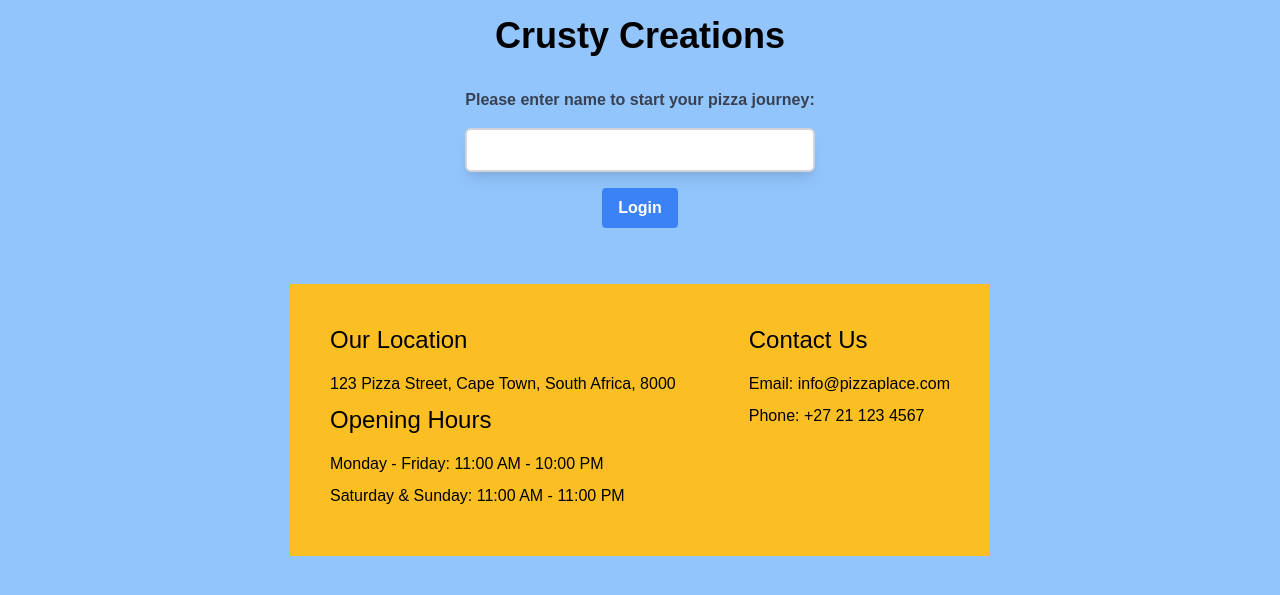
Repository: lasity34/pizza-cart-with-api
Page: index.html
The author's editor kept a copy of each file at every save. The page is drawn from the files as they stood at one save, then again after the next save.
The browser window is 1280 px wide. The pictures show the whole page.
The page's requests for data from a server got no answer. Some web fonts or font styles are not loaded; a fallback is used. Some web libraries are served in a nearby version.

Above is the page before, as saved 2023-07-17 16:02:09.
Console error (its wording comes from the project's code and is left out).

### index.html
<!DOCTYPE html>
<html lang="en">
  <head>
    <meta charset="UTF-8" />
    <meta name="viewport" content="width=device-width, initial-scale=1.0" />
    <title>Pizza Cart</title>
    <script src="//unpkg.com/alpinejs" defer></script>
    <link
      href="https://cdn.jsdelivr.net/npm/tailwindcss@2.1.2/dist/tailwind.min.css"
      rel="stylesheet"
    />
    <script
      src="https://cdnjs.cloudflare.com/ajax/libs/axios/1.4.0/axios.min.js"
      integrity="sha512-uMtXmF28A2Ab/JJO2t/vYhlaa/3ahUOgj1Zf27M5rOo8/+fcTUVH0/E0ll68njmjrLqOBjXM3V9NiPFL5ywWPQ=="
      crossorigin="anonymous"
      referrerpolicy="no-referrer"
    ></script>
    <link href="./style.css" rel="stylesheet" />
    <link rel="preconnect" href="https://fonts.googleapis.com" />
    <link rel="preconnect" href="https://fonts.gstatic.com" crossorigin />
    <link
      href="https://fonts.googleapis.com/css2?family=Titillium+Web:ital@0;1&family=Tsukimi+Rounded:wght@300;400;500&display=swap"
      rel="stylesheet"
    />
  </head>
  <body x-data="pizzaCart" class="bg-blue-300" x-cloak>

    <section class="flex justify-center items-center">
      <h1 class="text-4xl pt-4 font-bold">Crusty Creations</h1>
    </section>

    <section class="flex flex-col items-center mt-8 pb-4" x-show="showLogin">
      <h3 class="text-md font-semibold mb-2 text-center text-gray-700">Please enter name to start your pizza journey:</h3>
      <input type="text" x-model="usernameInput" class="w-1/2 mt-2 p-2 rounded-md border-2 border-gray-300 shadow-lg focus:outline-none focus:ring-2 focus:ring-blue-600" />
      <button class="mt-4 bg-blue-500 hover:bg-blue-700 text-white font-bold py-2 px-4 rounded" @click="login()">Login</button>

      <p x-html="usernameMessage" ></p>



    </section>


    <section  x-show=" cartTotal > 0 "
  class="shop-container my-3 sm:my-4 p-4 sm:p-5 flex flex-col text-xs sm:text-sm justify-center items-center"
>
  <h2 class="text-xl sm:text-2xl mb-2 font-bold">Shopping Cart</h2>
  <div class="mt-4 flex flex-col items-center">
    <div>
        <section class="mt-6">
            <table class="table-auto w-full rounded-lg overflow-hidden shadow-lg max-w-md mx-auto">
                <thead class="bg-red-600">
                    <tr>
                        <th class="px-2 sm:px-3 py-1 text-left text-xs sm:text-sm font-bold font-medium text-white uppercase tracking-wider">Flavour</th>
                        <th class="px-2 sm:px-3 py-1 text-left text-xs sm:text-sm font-medium text-white uppercase tracking-wider">Size</th>
                        <th class="px-2 sm:px-3 py-1 text-left text-xs sm:text-sm font-medium text-white uppercase tracking-wider">Quantity</th>
                        <th class="px-2 sm:px-3 py-1 text-left text-xs sm:text-sm font-medium text-white uppercase tracking-wider">Price</th>
                        <th class="px-2 sm:px-3 py-1 text-left text-xs sm:text-sm font-medium text-white uppercase tracking-wider">Total</th>
                    </tr>
                </thead>
                <tbody class="bg-yellow-100 divide-y divide-gray-200 overflow-auto max-h-48 sm:max-h-56">

                    <template x-for="pizza in cartPizzas">
                        <tr>
                          <td class="px-1 sm:px-2 py-1 whitespace-nowrap font-bold text-xs sm:text-sm text-gray-500" x-text="pizza.flavour"></td>

                            <td class="px-2 sm:px-3 py-1 whitespace-nowrap font-bold text-xs sm:text-sm text-gray-500" x-text="pizza.size"></td>
                            <td class="px-2 sm:px-3 py-1 whitespace-nowrap font-bold text-xs sm:text-sm text-gray-500">
                                <div class="flex items-center justify-center">
                                    <button
                                        @click="addPizzaToCart(pizza.id, pizza.flavour)"
                                        class="bg-gray-200 hover:bg-gray-300 text-gray-800 font-bold py-1 px-2 sm:px-3 rounded-l"
                                    >
                                        +
                                    </button>
                                    <div x-text="pizza.qty" class="mx-1 sm:mx-2"></div>
                                    <button
                                        @click="removePizzaFromCart(pizza.id)"
                                        class="bg-gray-200 hover:bg-gray-300 text-gray-800 font-bold py-1 px-2 sm:px-3 rounded-r"
                                    >
                                        -
                                    </button>
                                </div>
                            </td>
                            <td class="px-2 sm:px-3 py-1 whitespace-nowrap text-xs sm:text-sm font-bold text-gray-500">
                                R<span x-text="pizza.price"></span>
                            </td>
                            <td class="px-2 sm:px-3 py-1 whitespace-nowrap text-xs sm:text-sm font-bold text-gray-500">
                                R<span x-text="(pizza.qty * pizza.price).toFixed(2)"></span>
                            </td>
                        </tr>
                    </template>
                </tbody>
            </table>
        </section>
    </div>
    <div class="flex justify-center mt-2 sm:mt-4">
      <p class="font-bold">Total Cost</p>
      <p class="ml-3 sm:ml-5 font-bold">
        R<span x-text="(cartTotal).toFixed(2)">0.00</span>
      </p>
    </div>


    <div class="mt-2 sm:mt-4"  x-cloak>
      <label class="font-bold">Payment Amount:</label>
      <input
        placeholder="Enter payment here"
        type="number"
        step="0.01"
        class="rounded ml-1 sm:ml-2 py-1 sm:py-2"
        x-model="paymentAmount"
      />
    </div>
    <div class="mt-3 sm:mt-6">
      <button
        x-cloak
        @click="payForCart()"
        class="bg-gray-300 hover:bg-gray-400 py-1 sm:py-2 px-4 sm:px-8 rounded font-bold"
      >
        <span>Pay</span>
      </button>
    </div>
  </div>
</section>


  <!-- Featured pizzas -->
  <section x-show="cartId" class="pizza_columns mt-8">
    <h1 class="text-3xl text-gray-900 text-center font-bold my-6">Favorites</h1>
    <div
      class="grid grid-cols-1 gap-6 sm:grid-cols-2 lg:grid-cols-3 items-stretch mx-auto px-6 justify-items-center"
    >
      <template x-for="pizza in featuredPizzas">
        <div :class="pizza.type"
          class="pizza_lg flex flex-col items-center rounded-lg shadow-lg overflow-hidden bg-white p-8 "
        >
          <div class="flex-shrink-0">
            <div class="w-32 h-32 flex-shrink-0 mr-6 pizza-image" :class="pizza.flavour.replace(/(?:[\s&\d]+)/g, '_')"></div>
          </div>
          <div class="p-6 flex-grow flex flex-col justify-between">
            <div class="flex-1">
              <h3 class="mt-2 text-xl leading-7 font-bold text-white" x-text="pizza.flavour"></h3>
              <p class="mt-3 text-base leading-6 text-white font-bold" x-text="pizza.size"></p>
              <p class="mt-2 text-lg leading-6 font-semibold text-white">R<span x-text="pizza.price"></span></p>
            </div>
            <div class="mt-6 flex items-center">
              <button
                @click="addPizzaToCart(pizza.id, pizza.flavour)"
                class="inline-flex items-center justify-center px-5 py-3 border border-transparent text-base leading-6 font-medium rounded-md text-white bg-indigo-600 hover:bg-indigo-500 transition-colors duration-150"
              >
                Buy
              </button>
            </div>
          </div>
        </div>
      </template>
    </div>
  </section>




    <!-- all pizzas display -->
    <section class="mt-8" x-show="cartId">
      <div class="flex flex-col items-center sm:px-2">
        <h1 class="text-3xl text-yellow-900 font-bold my-6">Our list of pizzas</h1>
        <template x-for="pizza in pizzas">
          <div :class="pizza.type" class="flex flex-col items-center sm:flex-row border-b border-gray-200 bg-yellow-50 shadow-lg rounded-lg p-6 my-3 w-full">
            <div class="flex justify-center w-full sm:w-32 h-32 flex-shrink-0 mb-4 sm:mb-0">
              <div class="w-32 h-32 flex-shrink-0 pizza-image" :class="pizza.flavour.replace(/(?:[\s&\d]+)/g, '_')"></div>
            </div>
            <div class="flex-grow flex flex-col items-center sm:items-start justify-around text-center sm:text-left">
              <div class="flex flex-col sm:flex-row justify-around items-center w-full">
                <h5 class="text-lg mr-4 font-bold text-white" x-text="pizza.flavour"></h5>
                <span class="text-lg mr-4 font-bold text-white" x-text="pizza.size"></span>
                <p class="text-lg text-white font-bold">R<span x-text="pizza.price"></span></p>
              </div>
              <div class="flex justify-center items-center mt-6 mx-auto">
                <button @click="addPizzaToCart(pizza.id, pizza.flavour)" class="bg-yellow-500 hover:bg-yellow-600 text-white font-bold py-2 mr-4 px-4 rounded">Buy</button>
                <button @click="postFeaturedPizza(pizza.id, pizza.flavour)" class="bg-yellow-600 hover:bg-yellow-700 text-white font-bold py-2 px-4 rounded border border-white border-opacity-50">Add To Favorites</button>
              </div>
            </div>
          </div>
        </template>
      </div>
    </section>












    <footer class="bg-yellow-400 text-black mt-10 p-10">
      <div class="container mx-auto flex justify-between">
        <div>
          <h2 class="text-2xl mb-4">Our Location</h2>
          <p class="mb-2">123 Pizza Street, Cape Town, South Africa, 8000</p>

          <h2 class="text-2xl mb-4">Opening Hours</h2>
          <p class="mb-2">Monday - Friday: 11:00 AM - 10:00 PM</p>
          <p class="mb-2">Saturday & Sunday: 11:00 AM - 11:00 PM</p>
        </div>
        <div>
          <h2 class="text-2xl mb-4">Contact Us</h2>
          <p class="mb-2">Email: info@pizzaplace.com</p>
          <p class="mb-2">Phone: +27 21 123 4567</p>
        </div>
      </div>
    </footer>

    <div
    x-show="show"
    x-transition:enter="transition ease-out duration-300"
    x-transition:enter-start="opacity-0"
    x-transition:enter-end="opacity-100"
    x-transition:leave="transition ease-in duration-300"
    x-transition:leave-start="opacity-100"
    x-transition:leave-end="opacity-0"
    class="fixed inset-0 bg-black bg-opacity-50"
    @click="show = false"
  ></div>
  <div
    x-show="show"
    x-transition:enter="transition ease-out duration-300"
    x-transition:enter-start="opacity-0 transform scale-90"
    x-transition:enter-end="opacity-100 transform scale-100"
    x-transition:leave="transition ease-in duration-300"
    x-transition:leave-start="opacity-100 transform scale-100"
    x-transition:leave-end="opacity-0 transform scale-90"
    class="fixed inset-0 flex items-center justify-center z-50"
  >
    <div >
      <p x-html="message"></p>
    </div>
  </div>


    <script src="./pizza.js"></script>
  </body>
</html>

### style.css

body {
    max-width: 700px;
    margin: 0 auto;

font-family: 'Tsukimi Rounded', sans-serif;
}

.shop-container {
    background-color: rgb(215, 205, 113);
    max-width: 95%;
    margin: 1em auto;
}

input::-webkit-outer-spin-button,
input::-webkit-inner-spin-button {
  -webkit-appearance: none;
  margin: 0;
}

input[type="number"] {
  -moz-appearance: textfield;
 text-indent: 10px;
}

[x-cloak] { display: none; }

.chicken  {
  background-color: rgb(206, 206, 6) !important;
}

.veggie {
  background-color: rgb(113, 150, 59);

}

.meaty {
  background-color: rgb(231, 1, 1);
}


.Regina {

  background-image: url('./images/pizza-regina-pan.png');
  background-repeat: no-repeat;
  background-position: center;
  background-size: cover;
  border-radius: 50%;  /* Makes the div a circle */
  overflow: hidden;
}

.Chicken_Mushroom {

  background-image: url('./images/chicken_mushroom.jpg');
  background-repeat: no-repeat;
  background-position: center;
  background-size: cover;
  border-radius: 50%;
  overflow: hidden;
}

.Four_Season {

  background-image: url('./images/four_seasons.jpg');
  background-repeat: no-repeat;
  background-position: center;
  background-size: cover;
  border-radius: 50%;
  overflow: hidden;
}

.Hawaiian {

  background-image: url('./images/hawaiian.jpg');
  background-repeat: no-repeat;
  background-position: center;
  background-size: cover;
  border-radius: 50%;
  overflow: hidden;
}

.Garlic_Mushroom {

  background-image: url('./images/garlic_mush.jpg');
  background-repeat: no-repeat;
  background-position: center;
  background-size: cover;
  border-radius: 50%;
  overflow: hidden;
}


.Margherita {

  background-image: url('./images/margherita.jpg');
  background-repeat: no-repeat;
  background-position: center;
  background-size: cover;
  border-radius: 50%;
  overflow: hidden;
}


.Tikka_Chicken {

  background-image: url('./images/chicken_tikka.jpg');
  background-repeat: no-repeat;
  background-position: center;
  background-size: cover;
  border-radius: 50%;
  overflow: hidden;
}


._Cheese {

  background-image: url('./images/3_cheese.png');
  background-repeat: no-repeat;
  background-position: center;
  background-size: cover;
  border-radius: 50%;
  overflow: hidden;
}

.Sweet_Chilli_Chicken {

  background-image: url('./images/pizza-sweetchilli-chicken-pan.png');
  background-repeat: no-repeat;
  background-position: center;
  background-size: cover;
  border-radius: 50%;
  overflow: hidden;
}

### pizza.js
function pizzaCart() {
  return {
    quantity: 0,
    paymentAmount: 0,
    message: "",
    username: "",
    usernameInput: '',
    usernameMessage: '',
    show: false,
    showLogin: true,
    lastMessageAdded: "",
    pizzas: [],
    cartPizzas: [],
    featuredPizzas: [],
    cartId: "",
    cartTotal: 0.0,
    toggleModal() {
      this.show = !this.show;
      if (this.show) {
        setTimeout(() => {
          this.show = false;
        }, 2500);
      }
    },

    // API

    login() {
      if (this.usernameInput.length < 2) {
        this.usernameMessage = `<span class="mt-4 text-lg font-bold text-white bg-red-500 p-3 rounded inline-block">Username too Short</span>`;
        setTimeout(() => {
            this.usernameMessage = '';
        }, 2000); // Close after 2 seconds
      } else {
        this.username = this.usernameInput
        this.usernameInput = ''
        this.usernameMessage =  `<span class="mt-4 text-xl font-bold text-gray-700 bg-white p-3 rounded inline-block">🛒 Welcome ${ this.username} 🛒</span>
        `;
        // Store username in the localStorage
        localStorage.setItem("username", this.username);
        setTimeout(() => {
          this.usernameMessage = '';
          this.showLogin = false
      }, 2000); // Close after 2 seconds
        this.createCart();
      }
    },


    createCart() {
      return new Promise((resolve, reject) => {
        if (!this.username) {
          reject();
          return;
        }

        const cartid = localStorage["cartId"];
        const createCartURL = `https://pizza-api.projectcodex.net/api/pizza-cart/create?username=${this.username}`;

        if (cartid) {
          this.cartId = cartid;
          resolve();
        } else {
          axios.get(createCartURL).then((result) => {
            this.cartId = result.data.cart_code;
            localStorage["cartId"] = this.cartId;
            resolve();
          });
        }
      });
    },

    getCart() {
      const getCartURL = `https://pizza-api.projectcodex.net/api/pizza-cart/${this.cartId}/get`;
      return axios.get(getCartURL);
    },

    addPizza(pizzaId) {
      return axios.post(
        "https://pizza-api.projectcodex.net/api/pizza-cart/add",
        {
          cart_code: this.cartId,
          pizza_id: pizzaId,
        }
      );
    },
    removePizza(pizzaId) {
      return axios.post(
        "https://pizza-api.projectcodex.net/api/pizza-cart/remove",
        {
          cart_code: this.cartId,
          pizza_id: pizzaId,
        }
      );
    },
    pay(amount) {
      return axios.post(
        "https://pizza-api.projectcodex.net/api/pizza-cart/pay",
        {
          cart_code: this.cartId,
          amount,
        }
      );
    },
    showCartData() {
      this.getCart().then((result) => {
        const cartData = result.data;
        this.cartPizzas = cartData.pizzas;
        this.cartTotal = cartData.total;
      });
    },
    async init() {
      axios
        .get("https://pizza-api.projectcodex.net/api/pizzas")
        .then((result) => {
          this.pizzas = result.data.pizzas;
        });

        const storedUsername = localStorage.getItem("username");
        if (storedUsername) {
          this.username = storedUsername;
        }

        await this.createCart()

      this.showCartData();

      this.getFeaturedPizza()
    },
    addPizzaToCart(pizzaId, pizzaFlavor) {
      this.addPizza(pizzaId).then(() => {
        this.message = `<span class="bg-white text-gray-800 text-2xl py-4 px-4 rounded shadow text-lg font-bold"> 🍕 ${pizzaFlavor} has been added to your cart🍕</span>`

        this.toggleModal()
        this.showCartData();
      });
    },
    removePizzaFromCart(pizzaId) {
      this.removePizza(pizzaId).then(() => {
        this.showCartData();
      });
    },
    payForCart() {
      this.pay(this.paymentAmount).then((result) => {
        if (result.data.status === "failure") {
          this.message = `<span class="bg-red-700 text-white py-2 px-4 rounded shadow text-2xl font-bold">${result.data.message}</span>`
          ;
          this.toggleModal()
          setTimeout(() => (this.message = ""), 3000);
        } else {
          this.message = `<span class="bg-yellow-100  py-2 px-4 rounded shadow text-lg font-bold">🥳 Payment Received! time to eat 🥳</span>`;
          this.toggleModal();

          setTimeout(() => {
            this.message = "";
            this.username = '';
            this.cartPizzas = [];
            this.cartTotal = 0.0;
            this.cartId = "";
            localStorage.removeItem('username');
            localStorage.removeItem('cartId');
            this.paymentAmount = 0;
            this.showLogin = true
          }, 3000);
        }
      });
    },
    postFeaturedPizza(pizzaId, pizzaFlavor) {
      const lastThreePizzaIds = this.featuredPizzas.slice(-3);
      this.message = `<span class="bg-white text-gray-800 text-2xl py-4 px-4 rounded shadow text-lg font-bold">${pizzaFlavor} has been added to the favorites</span>`
      this.toggleModal()

      if (lastThreePizzaIds.some(pizza => pizza.id === pizzaId)) {

        this.message = `<span class="bg-white text-gray-800 text-2xl py-4 px-4 rounded shadow text-lg font-bold">Pizza already added</span>`
        return;
      }

      return axios.post(
        "https://pizza-api.projectcodex.net/api/pizzas/featured",
        {
          username : this.username,
          pizza_id : pizzaId
        }
      ).then(() => {
        this.getFeaturedPizza()
      })

    },
    getFeaturedPizza() {
      return axios.get(
        `https://pizza-api.projectcodex.net/api/pizzas/featured?username=bjorn`,
      ).then((result) => {
        const pizzas = result.data.pizzas
        this.featuredPizzas = pizzas.slice(Math.max(pizzas.length -3, 0))

      })
    }
  };
}

document.addEventListener("alpine:init", () => {
  Alpine.data("pizzaCart", pizzaCart);
});

After the next save:
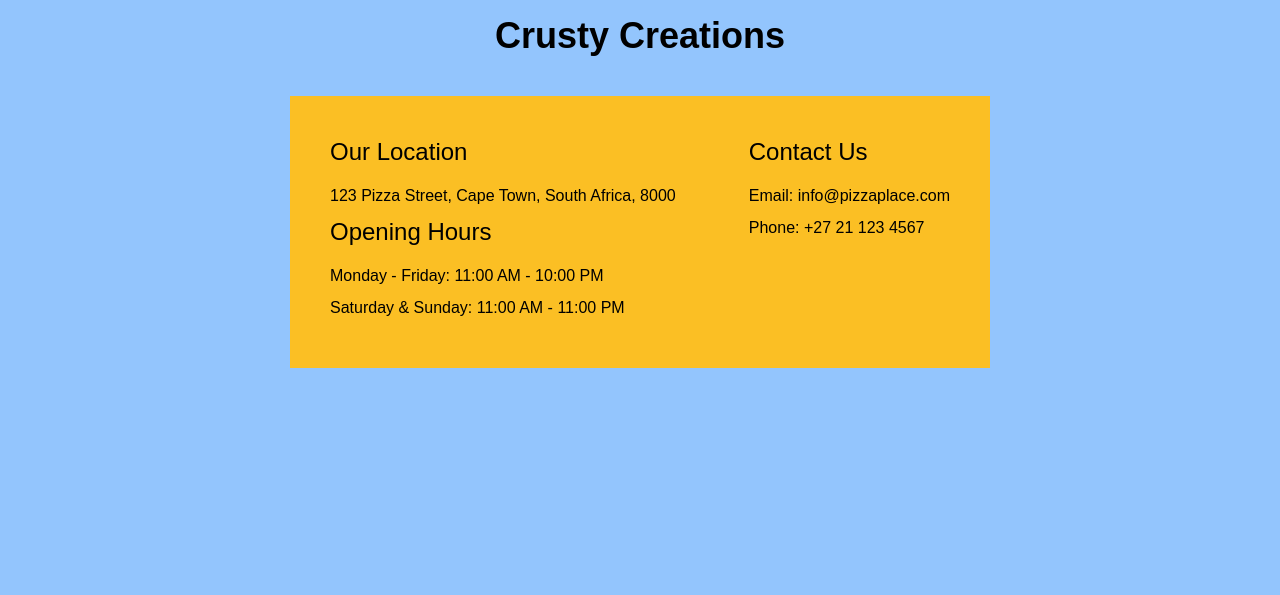
Console error: TypeError: localStorage.get is not a function
Saved 42 h 2 min later.
--- a/pizza.js
+++ b/pizza.js
@@ -7,7 +7,7 @@
     usernameInput: '',
     usernameMessage: '',
     show: false,
-    showLogin: true,
+    showLogin: localStorage.get("username") ? false : true,
     lastMessageAdded: "",
     pizzas: [],
     cartPizzas: [],
@@ -119,6 +119,7 @@
         const storedUsername = localStorage.getItem("username");
         if (storedUsername) {
           this.username = storedUsername;
+          this.showLogin = false
         }
 
         await this.createCart()

After the 3 saves that followed:
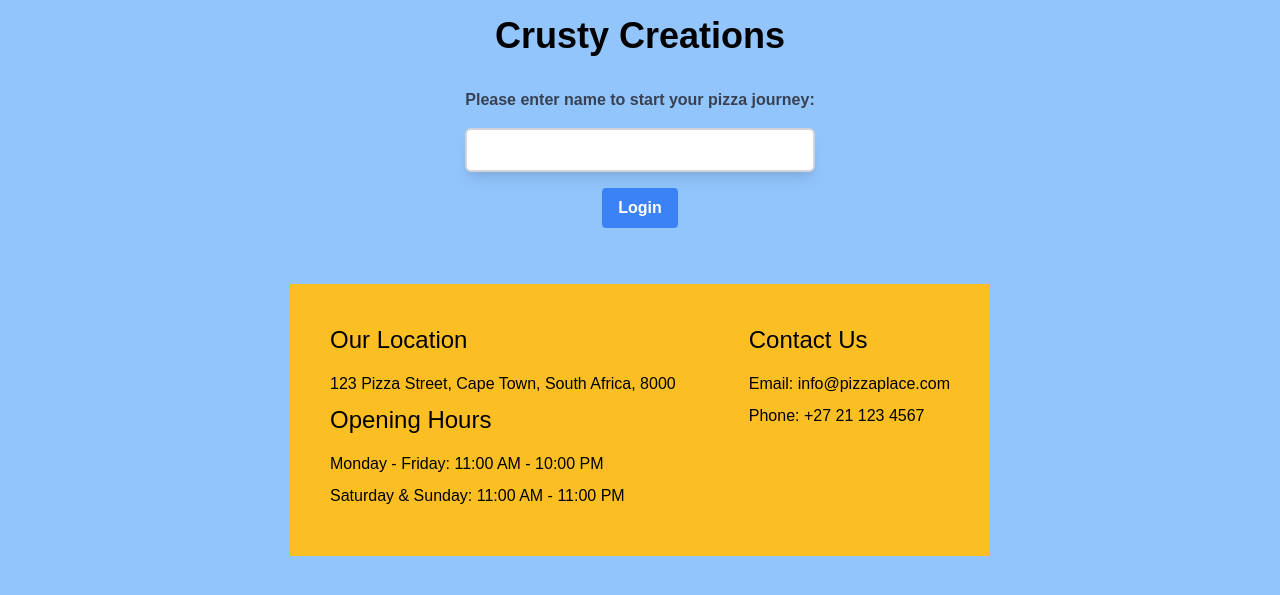
Console error (its wording comes from the project's code and is left out).
The 3 saves are shown as one change because 2 left the picture as it was.
The last was saved 3 min 37 s later.
--- a/pizza.js
+++ b/pizza.js
@@ -7,7 +7,7 @@
     usernameInput: '',
     usernameMessage: '',
     show: false,
-    showLogin: localStorage.get("username") ? false : true,
+    showLogin: localStorage.getItem("username") ? false : true ,
     lastMessageAdded: "",
     pizzas: [],
     cartPizzas: [],
